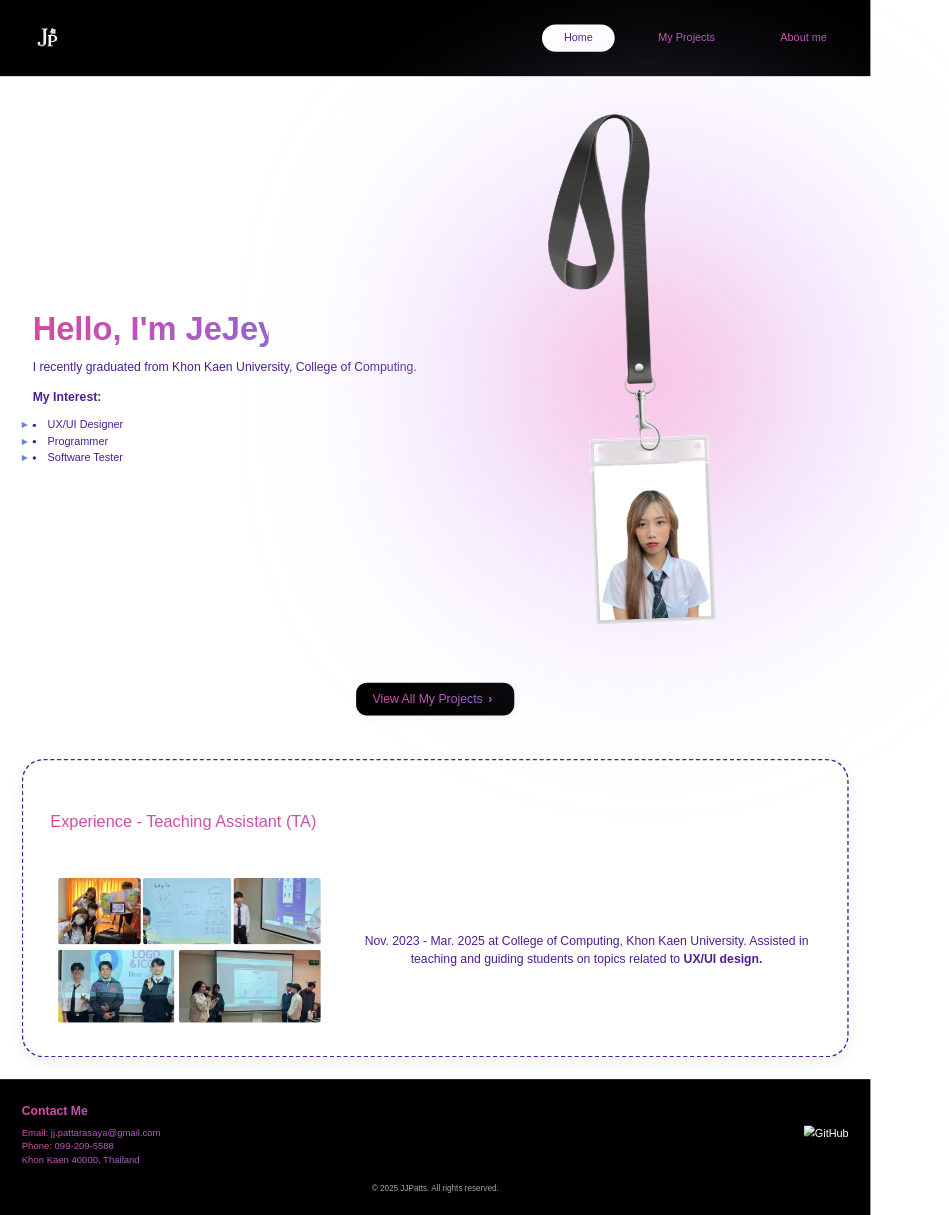
Repository: PattarasayaJJ/Portfolio-jjpatts
Page: /
An editor plug-in stored every save of this project. The page is shown before and after a run of saves, followed by the edit.
The browser window is 1280 px wide. The page is 1396 px wide, so the pictures cover 1396 px, including what lies to the right of the window. The pictures show the whole page, at 68% of full size.
The project was rebuilt for these pictures with package versions that can differ from the ones it lists, and the page was loaded fresh each time. Also part of the build but not shown: vite.config.js, vite.config.ts, src/header.css, src/components/Works.jsx, src/components/Aboutme.jsx.

Above is the page before, as saved 2025-08-03 16:13:29.

### index.html
<!doctype html>
<html lang="en">
  <head>
    <meta charset="UTF-8" />
    <link rel="icon" type="image/svg+xml" href="/JPtab.png" />
    <meta name="viewport" content="width=device-width, initial-scale=1.0" />
    <title>JJPatts Portfolio</title>
  </head>
  <body>
    <div id="root"></div>
    <script type="module" src="/src/index.jsx"></script>
  </body>
</html>

### src/index.css
@import 'tailwindcss/base';
@import 'tailwindcss/components';
@import 'tailwindcss/utilities';
@import url('https://fonts.googleapis.com/css2?family=Kanit:wght@400;700&display=swap');

*{
   font-family: 'Kanit', sans-serif;

}

### src/App.jsx
import React from 'react';
import { BrowserRouter as Router, Routes, Route } from 'react-router-dom';
import { Header } from './components/Header';
import { Hero } from './components/Hero';
import { Works } from './components/Works';
import { Aboutme } from './components/Aboutme' ;
import { Footer } from './components/Footer';
export function App() {
  return (
    <Router>
      <div className="w-full min-h-screen bg-white">
        <Header />
        <main className="w-full">
          <Routes>
            <Route path="/" element={<><Hero /> </>} />
            <Route path="/works" element={<><Works /></>}/>
            <Route path="/aboutme" element={<Aboutme />} />


          </Routes>
        </main>
        <Footer />

      </div>
    </Router>
  );
}

### src/components/Header.jsx
import React, { useState } from 'react';
import { Link, useLocation } from 'react-router-dom';
import { MenuIcon, XIcon } from 'lucide-react';
import '../header.css';

export function Header() {
  const [isMenuOpen, setIsMenuOpen] = useState(false);
  const location = useLocation();

  const isActive = (path) => location.pathname === path;

  return (
    <header className="w-full bg-black py-4 px-8 relative">
      <div className="max-w-7xl mx-auto flex justify-between items-center">
        <Link to="/">
          <div className="flex items-center">
            <img src="/JP.png" alt="logo" className="w-20" />
          </div>
        </Link>

        <nav className="hidden md:flex space-x-8">
          <Link
            to="/"
            className={`font-medium px-8 py-2 rounded-full ${
              isActive('/') ? 'bg-white text-purple-600' : 'gradient-text'
            }`}
            style={isActive('/') ? { color: '#4c1d95' } : {}}
          >
            Home
          </Link>
          <Link
            to="/works"
            className={`font-medium px-8 py-2 rounded-full ${
              isActive('/works') ? 'bg-white text-purple-600' : 'gradient-text'
            }`}
            style={isActive('/works') ? { color: '#4c1d95' } : {}}
          >
            My Projects
          </Link>
          <Link
            to="/aboutme"
            className={`font-medium px-8 py-2 rounded-full ${
              isActive('/aboutme') ? 'bg-white text-purple-600' : 'gradient-text'
            }`}
            style={isActive('/aboutme') ? { color: '#4c1d95' } : {}}
          >
            About me
          </Link>
        </nav>

        <button className="md:hidden text-white" onClick={() => setIsMenuOpen(!isMenuOpen)}>
          {isMenuOpen ? <XIcon size={24} /> : <MenuIcon size={24} />}
        </button>
      </div>

      <div
        className={`
          fixed top-0 right-0 w-64 h-full bg-black z-50 transform transition-transform duration-300 ease-in-out
          ${isMenuOpen ? 'translate-x-0' : 'translate-x-full'}
          md:hidden
        `}
      >
        <div className="p-6">
          <button className="text-white mb-8" onClick={() => setIsMenuOpen(false)}>
            <XIcon size={24} />
          </button>
          <nav className="flex flex-col space-y-6">
            <Link
              to="/"
              className={`font-medium px-6 py-2 rounded-full block text-center ${
                isActive('/') ? 'bg-white text-purple-600' : 'gradient-text'
              }`}
              style={isActive('/') ? { color: '#4c1d95' } : {}}
              onClick={() => setIsMenuOpen(false)}
            >
              Home
            </Link>
            <Link
              to="/works"
              className={`font-medium px-6 py-2 rounded-full block text-center ${
                isActive('/works') ? 'bg-white text-purple-600' : 'gradient-text'
              }`}
              style={isActive('/works') ? { color: '#4c1d95' } : {}}
              onClick={() => setIsMenuOpen(false)}
            >
              My Projects
            </Link>
            <Link
              to="/aboutme"
              className={`font-medium px-6 py-2 rounded-full block text-center ${
                isActive('/aboutme') ? 'bg-white text-purple-600' : 'gradient-text'
              }`}
              style={isActive('/aboutme') ? { color: '#4c1d95' } : {}}
              onClick={() => setIsMenuOpen(false)}
            >
              About me
            </Link>
          </nav>
        </div>
      </div>

      {isMenuOpen && (
        <div
          className="fixed inset-0 bg-black bg-opacity-50 z-40 md:hidden"
          onClick={() => setIsMenuOpen(false)}
        />
      )}
    </header>
  );
}

### src/components/Hero.jsx
import React from 'react';
import '../hero.css';
import { Link } from 'react-router-dom';

export const Hero = () => {
  return (
    <>
      <section className="hero-section">
        <div className="hero-container">
          <div className="hero-left">
            <div className="hero-text-box">
<span className="hero-name typing gradient-text">Hello, I'm JeJey.</span>              <p className="hero-quote">
                I recently graduated from Khon Kaen University, College of Computing.
              </p>
              <li className='interest'>My Interest: </li>              <li >UX/UI Designer</li>    <li >Programmer</li>               <li >Software Tester</li>
            </div>


          </div>

          <div className="hero-left">
            <div className="hero-image-wrapper">
              <img
                src="/card1.png"
                alt="Portfolio character illustration"
                className="hero-main-image"
              />
            </div>

          </div>

        </div>
          <Link
  to="/works"
  className="moreproject"
  onClick={() => window.scrollTo({ top: 0, behavior: 'instant' })}
>
  <span className="gradient-text">View All My Projects</span>
  <span className="arrow-icon gradient-text">›</span>
</Link>
      </section>

      <section className="hero-section">
        <div className="final-project-card-ex">
          <h2 className="final-project-title gradient-text">
            Experience - Teaching Assistant (TA)
          </h2>
          <div className="final-project-content">
            <div className="final">
              <img
                src="/ta.png"
                alt="TA Presentation"
                className="bottom-image"
              />
            </div>
            <p className="bottom-caption">
              Nov. 2023 - Mar. 2025 at College of Computing, Khon Kaen University.
              Assisted in teaching and guiding students on topics related to{' '}
              <span className="uxui">UX/UI design.</span>
            </p>
          </div>
        </div>
      </section>
    </>
  );
};

### src/components/Footer.jsx
import React from 'react';

export function Footer() {
  return (
    <footer className="w-full bg-black text-white py-8 px-8">
  <div className="max-w-7xl mx-auto flex flex-col md:flex-row justify-between items-center space-y-6 md:space-y-0">

        <div className="text-center md:text-left gradient-text ">
          <h2 className="text-lg font-semibold">Contact Me</h2>
          <p className="text-sm mt-2">Email: jj.pattarasaya@gmail.com</p>
          <p className="text-sm">Phone: 099-209-5588</p>
          <p className="text-sm">Khon Kaen 40000, Thailand</p>

        </div>

        <div className="flex space-x-4 ">
        <a href="https://github.com/PattarasayaJJ" target="_blank" rel="noopener noreferrer">
        <img src="https://github.githubassets.com/favicons/favicon.png" alt="GitHub" />

  </a>

        </div>
      </div>

      <div className="text-center text-xs text-gray-400 mt-6 ">
        © {new Date().getFullYear()} JJPatts. All rights reserved.
      </div>
    </footer>
  );
}

### src/hero.css

.hero-section {
  max-width: 80rem;
    margin: 0 auto;
    padding: 2rem;
}

.hero-container {
  max-width: 80rem;
  margin: 0 auto;
  display: flex;
  flex-direction: column;
  gap: 2rem;
  justify-content: space-between;
  align-items: center;
}

.hero-image-wrapper {
  position: relative;
  z-index: 10;
  overflow: visible;
}


@keyframes gradientShift {
  0% {
    background: radial-gradient(
      circle at center,
      rgba(244, 114, 182, 0.5),
      rgba(216, 180, 255, 0.3),
      transparent 70%
    );
  }
  50% {
    background: radial-gradient(
      circle at center,
      rgba(129, 140, 248, 0.5),
      rgba(216, 180, 255, 0.4),
      transparent 70%
    );
  }
  100% {
    background: radial-gradient(
      circle at center,
      rgba(244, 114, 182, 0.5),
      rgba(216, 180, 255, 0.3),
      transparent 70%
    );
  }
}


.hero-image-wrapper::before {
  content: "";
  position: absolute;
  top: 50%;
  left: 50%;
  width: 150%;
  height: 150%;
  transform: translate(-50%, -50%);
  filter: blur(80px);
  z-index: 5;
  pointer-events: none;
  animation: gradientShift 5s ease-in-out infinite;
}



.hero-left {
  position: relative;
  width: 100%;
}

@media (min-width: 768px) {
  .interest{
    list-style: none;
    color: #4c1d95;
    font-size: 1.125rem;


  }
 /* Enhanced Interest List */
.interest {
  list-style: none;
  color: #4c1d95;
  font-size: 1.125rem;
  font-weight: 600;
  margin-bottom: 1rem;
  position: relative;
}

.

li {
  list-style: none;
  color: #4d1d95;
  line-height: 2rem;
  font-size: 1.125rem;
  padding: 0.5rem 0;
  position: relative;
  padding-left: 1.5rem;
  transition: all 0.3s ease;
}

li:not(.interest)::before {
  content: "▸";
  position: absolute;
  left: 0;
  color: #667eea;
  font-weight: bold;
  transition: all 0.3s ease;
}

li:not(.interest):hover {
  color: #667eea;
  transform: translateX(5px);
}

li:not(.interest):hover::before {
  color: #764ba2;
  transform: scale(1.2);
}
  .hero-container {
    flex-direction: row;
  }
  .hero-left {
    width: 50%;
  }
  .final-project-card-ex {
    border-radius: 2rem;
    padding: 2.5rem;
    box-shadow: 0 8px 20px rgba(0, 0, 0, 0.06);
    border-width:2px;
    border-style:dashed;
    border-color: #4c1d95;
  }
  .hero-right {
    width: 50%;
    text-align: right;
  }
}





.hero-text-box {
  color: #4c1d95;
  max-width: 36rem;
  margin-left: auto;
}



.hero-quote {
  font-size: 1.125rem;
  margin-bottom: 1rem;

}

.hero-name {
  font-weight: 700;
  margin-top: 1rem;


}




@keyframes swingImage {
  0% {
    transform: rotate(0deg);
  }
  25% {
    transform: rotate(-3deg);
  }
  50% {
    transform: rotate(0deg);
  }
  75% {
    transform: rotate(3deg);
  }
  100% {
    transform: rotate(0deg);
  }
}

.hero-main-image {
  width: 100%;
  max-width: 28rem;
  margin: 0 auto;
  position: relative;
  z-index: 20;
  animation: swingImage 5s ease-in-out infinite;
  transform-origin:center;
}


@media (max-width: 767px) {
  .hero-image-wrapper::before {
    width: 100%;
    height: 100%;
    filter: blur(60px);
  }
  .hero-main-image {
    width: 90%;
    max-width: 20rem;
  }

  .hero-text-box {
    max-width: 100%;
    margin-left: 0;
    padding: 0 1rem;
  }
  .hero-quote {
    font-size: 1rem;

  }

  .bottom-caption {
    font-size: 1rem;
    color: #4c1d95;
    align-self: center;
    text-align: center;

  }
  .uxui{
    font-size: 1rem;
    color: #4c1d95;
    text-align: center;
    line-height: 1.5;
    font-weight: bold;

  }
  .final-project-card-ex {
    border-radius: 2rem;
    padding: 2.5rem;
    box-shadow: 0 8px 20px rgba(0, 0, 0, 0.06);
    border-width:2px;
    border-style:dashed;
    border-color: #4c1d95;
  }
  .interest{
    list-style: none;
    color: #4c1d95;

  }
  li{
    font-size: 1rem;
    color: #4d1d95a2;
    line-height: 1.8rem;

  }

}







  @media (min-width: 768px) {
    .experience-title {
      text-align: left;
      font-size: 1.5rem;
    }
  }



  @media (min-width: 768px) {

  }


  @media (min-width: 768px) {
    .bottom-image {
      width:100%;
      max-width: 700px;
      border-radius: 1rem;
    }


    .bottom-caption {
      font-size: 1.125rem;
      color: #4c1d95;
      align-self: center;
      text-align: center;

    }
    .uxui{
      font-size: 1.125rem;
      color: #4c1d95;
      text-align: center;
      line-height: 1.5;
      font-weight: bold;

    }
  }



  .hero-name{
    font-size: 3rem;
  }

  .typing {
    display: inline-block;
    overflow: hidden;
    white-space: nowrap;
    animation: typing 2s steps(13) forwards;
  }

  @keyframes typing {
    from { width: 0 }
    to { width: 13ch }
  }

### src/projects.css
.projects-section {
  max-width: 80rem;
  margin: 0 auto;
  padding: 2rem 1rem;
  background-color: #ffffff;
  width: 100%;
}

.projects-container {
  max-width: 80rem;
  margin: 0 auto;
  display: flex;
  flex-direction: column;
  gap: 2rem;
}

.final-project-card {
  background: linear-gradient(to right, #FFFFFF, #E1D0F9);
  border-radius: 2rem;
  padding: 2rem;
  box-shadow: 0 8px 20px rgba(0, 0, 0, 0.06);
  display: flex;
  flex-direction: column;
  align-items: center;
  gap: 1.5rem;
}

 .minicard{
    background: linear-gradient(to right, #ffffff, #ffffff);
    border-radius: 2rem;
    padding: 2.5rem;
    box-shadow: 0 8px 20px rgba(0, 0, 0, 0.06);
      border: 1px solid #eee7f9; /* สีม่วงเข้ม ชัดๆ */

  }

.final-project-content {
  display: flex;
  flex-direction: row;
  align-items: center;
  justify-content: space-between;
  gap: 2em;
  font-size: 1.125rem;
  color: #4c1d95;
}

.final-project-text {
  width: 100%;
}

.project-title,
.final-project-title {
  font-size: 1.5rem;
  margin-bottom: 1.5rem;
  padding: 2rem 0;
  color: #DD489B;
}

.project-card.mini .project-title {
  color: #9067D3;
}

.project-image,
.final-project-image,
.project-screenshot {
  width: 100%;
  max-width: 800px;
  height: auto;
  border-radius: 1rem;
  object-fit: cover;
  display: flex;
  align-items: center;
  justify-content: center;
  margin-top: 1rem;
}

.moreproject {
  width: fit-content;
  height: 3rem;
  border-radius: 16px;
  display: flex;
  align-items: center;
  justify-content: center;
  font-size: 1.125rem;
  cursor: pointer;
  transition: background-color 0.3s, transform 0.2s;
  text-decoration: none;
  margin: 2rem auto 0;
  box-shadow: 0 4px 10px rgba(0, 0, 0, 0.05);
  animation: pulseMove 2s ease-in-out infinite;
  background-color: black;
  padding: 0 1.5rem;
}

.moreproject:hover {
  background-color: #f2f2f2;
  transform: scale(1.08);
}

.arrow-icon {
  padding: 0.5rem;
  font-weight: bold;
}

@keyframes pulseMove {
  0% {
    transform: scale(1);
  }

  50% {
    transform: scale(1.05);
  }

  100% {
    transform: scale(1);
  }
}

@media (max-width: 767px) {
  .projects-section {
    padding: 2rem 1rem;
  }

  .final-project-card {
    padding: 2rem;
    border-radius: 1.5rem;
  }

  .final-project-content {
    flex-direction: column;
    font-size: 1rem;
  }

  .final-project-text {
    width: 100%;
  }

  .final-project-image {
    width: 100%;
  }

  .project-title {
    font-size: 1.25rem;
  }

  .icon-wrapper {
    width: 2rem;
    height: 2rem;
  }

  .project-screenshot {
    margin-top: 1rem;
  }

  .mini-projects-grid {
    gap: 1.5rem;
  }

  .text-final,
  .appname {
    text-align: center;
    font-size: 1rem;
    color: #4c1d95;
    font-weight: 700;
  }
}

@media (min-width: 768px) {
  .projects-section {
    padding: 2rem;
  }

  .project-title {
    font-size: 2rem;
  }

  .project-image {
    max-width: 1000px;
  }

  .text-final,
  .final-project-content,
  .appname {
    font-size: 1.125rem;
    color: #4c1d95;
  }

  .appname {
    font-weight: 700;
  }
}

@media (min-width: 768px) and (max-width: 1024px) and (orientation: portrait) {
  .final-project-content {
    flex-direction: column;
  }
}

### src/work.css
.projects-section {
  width: 100%;
  max-width: 1200px;
  margin: 0 auto;
  padding: 2rem 1rem;
  background-color: #ffffff;
}

.projects-container {
  display: flex;
  flex-direction: column;
  gap: 3rem;
}

.breadcrumb {
  margin-bottom: 2rem;
  font-size: 0.9rem;
  color: #666;
}

.breadcrumb-link {
  color: #666;
  text-decoration: none;
}

.breadcrumb-link:hover {
  color: #333;
}

.breadcrumb-separator {
  margin: 0 0.5rem;
}

.breadcrumb-current {
  color: #333;
  font-weight: 500;
}

.final-project-text {
  text-align: left;
}

.project-title {
  font-size: 2rem;
  font-weight: 700;
  color: #DD489B;
  margin: 0;
  list-style: none;
}

.project-title li {
  list-style: none;
}

.gradient-text {
  background: linear-gradient(135deg, #DD489B, #9067D3);
  -webkit-background-clip: text;
  -webkit-text-fill-color: transparent;
  background-clip: text;
}

/* Project Card */
.project-card {
  background: #ffffff;
  border-radius: 20px;
  padding: 3rem;
  box-shadow: 0 8px 32px rgba(0, 0, 0, 0.08);
  border: 1px solid #f0f0f0;
  display: flex;
  flex-direction: column;
  gap: 2rem;
}

/* Project Images */
.project-images {
  display: flex;
  justify-content: center;
  gap: 2rem;
  margin-bottom: 1rem;
}

.project-images.single {
  justify-content: center;
}

.project-images.single .project-image {
  max-width: 600px;
}

.project-image {
  max-width: 400px;
  width: 100%;
  height: auto;
  border-radius: 12px;
  box-shadow: 0 8px 24px rgba(0, 0, 0, 0.12);
  transition: transform 0.3s ease, box-shadow 0.3s ease;
}

.project-image:hover {
  transform: translateY(-4px);
  box-shadow: 0 12px 32px rgba(0, 0, 0, 0.16);
}

/* Project Content */
.project-content {
  text-align: center;
  display: flex;
  flex-direction: column;
  gap: 1.5rem;
}

.project-name {
  font-size: 1.25rem;
  line-height: 1.6;
  color: #4c1d95;
  margin: 0;
  font-weight: 400;
}

.highlight {
  font-weight: 700;
  color: #6b46c1;
}

/* Skills List */
.skills-list {
  display: flex;
  flex-wrap: wrap;
  gap: 0.75rem;
  margin-top: 1rem;
}

.skill-tag {
  background: linear-gradient(135deg, #e5d4ff, #f3e8ff);
  color: #6b46c1;
  padding: 0.5rem 1rem;
  border-radius: 20px;
  font-size: 0.875rem;
  font-weight: 500;
  border: 1px solid #e5d4ff;
  transition: all 0.3s ease;
}

.skill-tag:hover {
  background: linear-gradient(135deg, #ddd6fe, #e5d4ff);
  transform: translateY(-2px);
  box-shadow: 0 4px 12px rgba(107, 70, 193, 0.2);
}

/* Responsive Design */
@media (max-width: 1024px) {
  .project-images {
    gap: 1.5rem;
  }

  .project-image {
    max-width: 350px;
  }
}

@media (max-width: 768px) {
  .projects-section {
    padding: 1.5rem 1rem;
  }

  .project-card {
    padding: 2rem 1.5rem;
  }

  .project-images {
    flex-direction: column;
    align-items: center;
    gap: 1.5rem;
  }

  .project-image {
    max-width: 100%;
    width: 100%;
  }

  .project-images.single .project-image {
    max-width: 100%;
  }

  .project-title {
    font-size: 1.5rem;
  }

  .project-name {
    font-size: 1.1rem;
    text-align: left;
  }

  .skills-list {
    justify-content: flex-start;
  }
}

@media (max-width: 480px) {
  .project-card {
    padding: 1.5rem 1rem;
  }

  .project-name {
    font-size: 1rem;
  }

  .skill-tag {
    font-size: 0.75rem;
    padding: 0.4rem 0.8rem;
  }
}

Loaded but not shown: src/index.jsx (common file); tailwind.config.js (common file); src/aboutme.css (300 lines, source omitted)

After the next 2 saves:
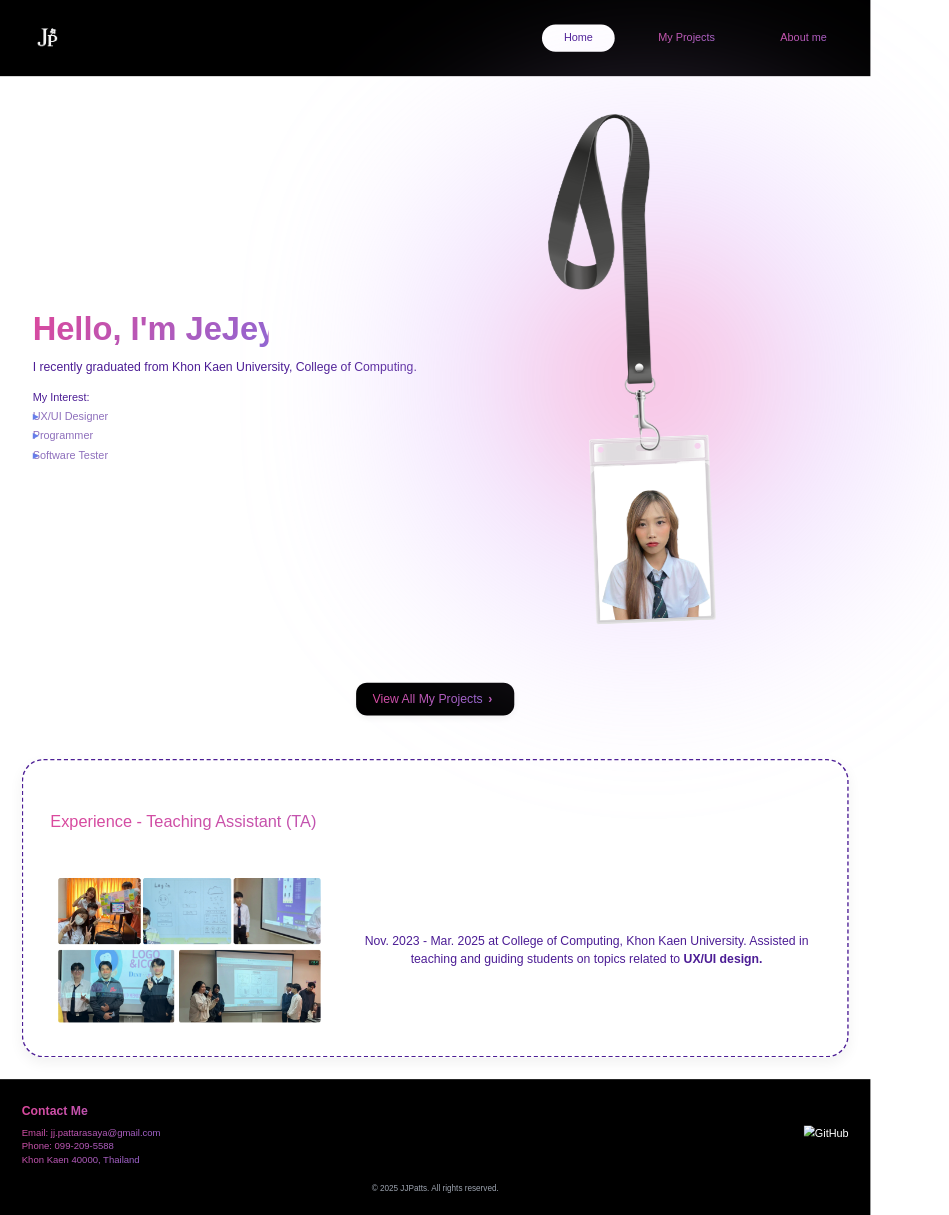
The 2 saves are shown as one change because they came seconds apart.
The last was saved 6 s later.
--- a/src/hero.css
+++ b/src/hero.css
@@ -89,7 +89,9 @@
   position: relative;
 }
 
-.
+.interest::before {
+  margin-right: 0.5rem;
+}
 
 li {
   list-style: none;
